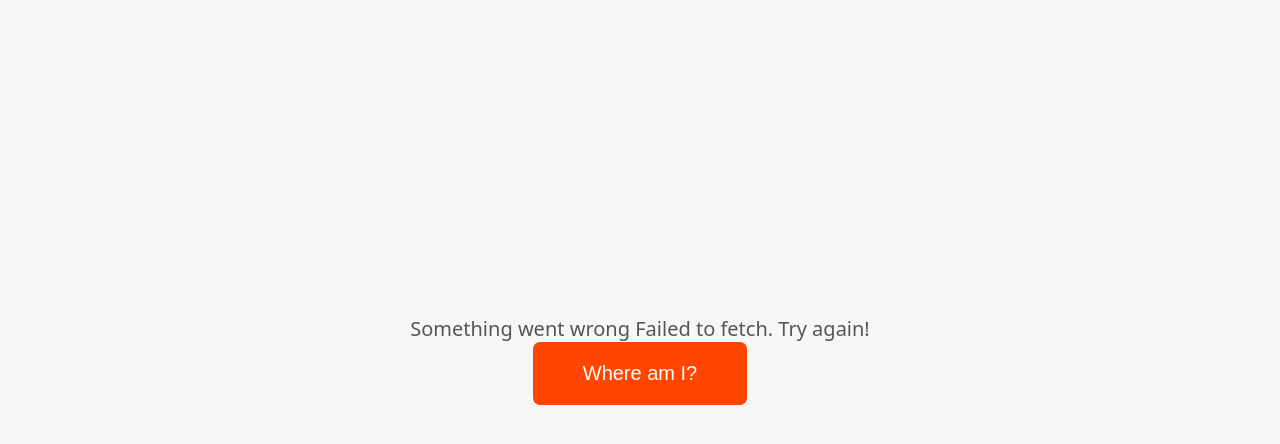
Repository: otvertka/jsc_16
Page: index.html
An editor plug-in stored every save of this project. The page is shown before and after the next save, followed by the edit.
The browser window is 1280 px wide. The pictures show the whole page.
The page's requests for data from a server got no answer.

Above is the page before, as saved 2023-03-12 13:59:55.

After the next save:
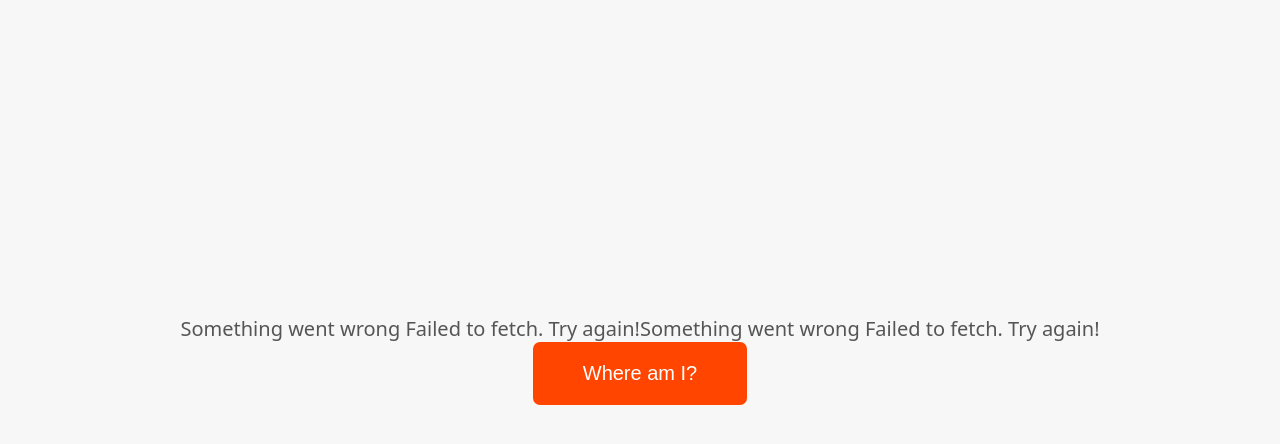
Saved 59 s later.
--- a/script.js
+++ b/script.js
@@ -118,7 +118,7 @@ getCountryData('spain');
 btn.addEventListener('click', function () {
   getCountryData('portugal');
 });
-// getCountryData('dasdasdasd');
+getCountryData('dasdasdasd');
 ///////////////////////////////////////////////xxxxxxxxxxxxxxxxxxxx///////////////////////xxxxxxxxxxxxxxxxxxxxxxx///////////////x
 // VLADILEN
 // console.log('Запрос данных...');

After the save that followed:
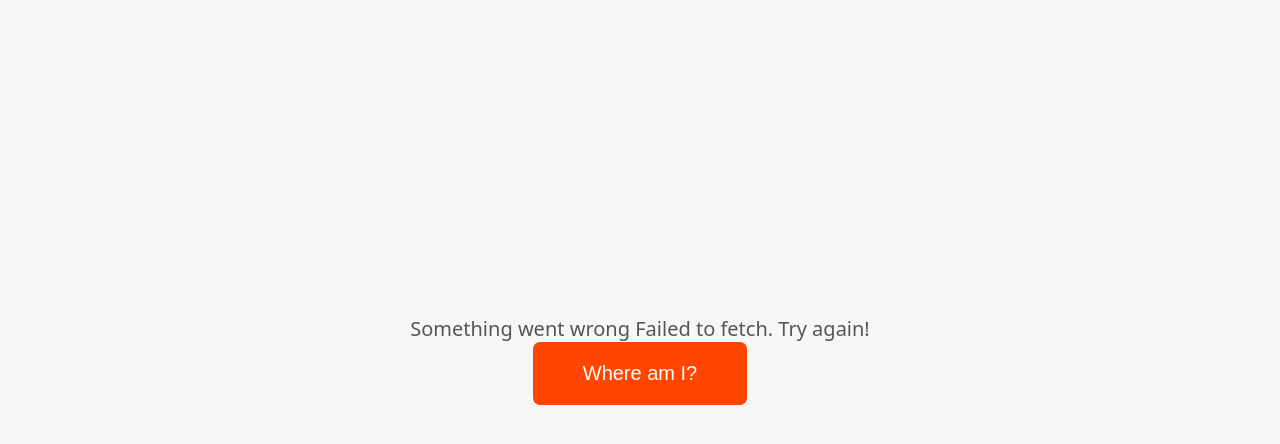
Saved 22 s later.
--- a/script.js
+++ b/script.js
@@ -109,7 +109,7 @@ const getCountryData = function (country) {
     });
 };
 
-getCountryData('spain');
+// getCountryData('spain');
 // // const getCountryData = function (country) {
 // //   fetch(`https://restcountries.eu/rest/v2/name/${country}`)
 // //     .then(response => response.json())
